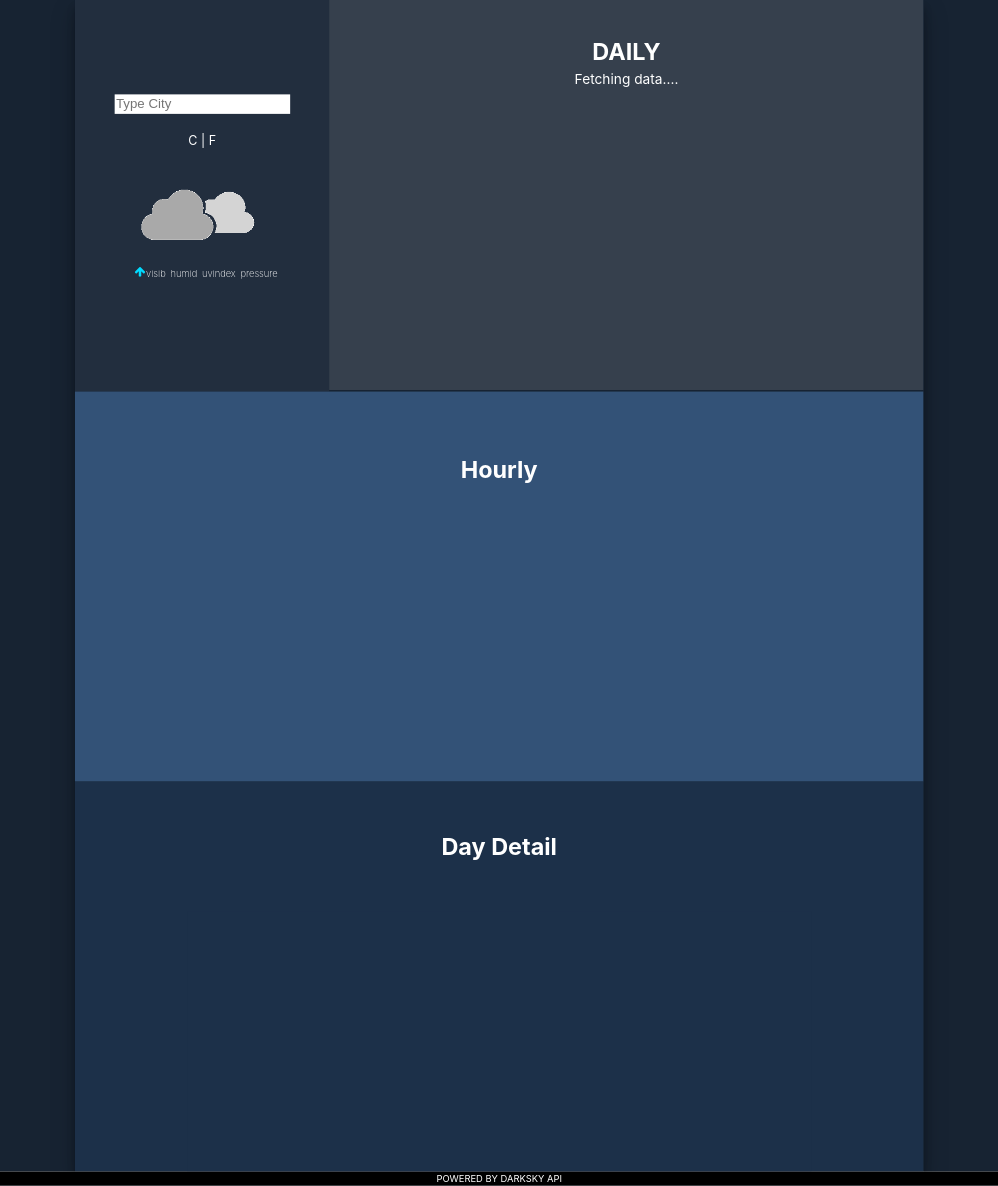
Repository: DOODpls/assignment3_weather
Page: index.html
These files come from the project's save history. The page is drawn as it stood at one moment and after the next save; the edit follows.
The browser window is 1280 px wide. The pictures show the whole page, at 78% of full size.
Some web fonts or font styles are not loaded; a fallback is used. Some web libraries are served in a nearby version.

Above is the page before, as saved 2020-01-07 19:00:12.

After the next save:
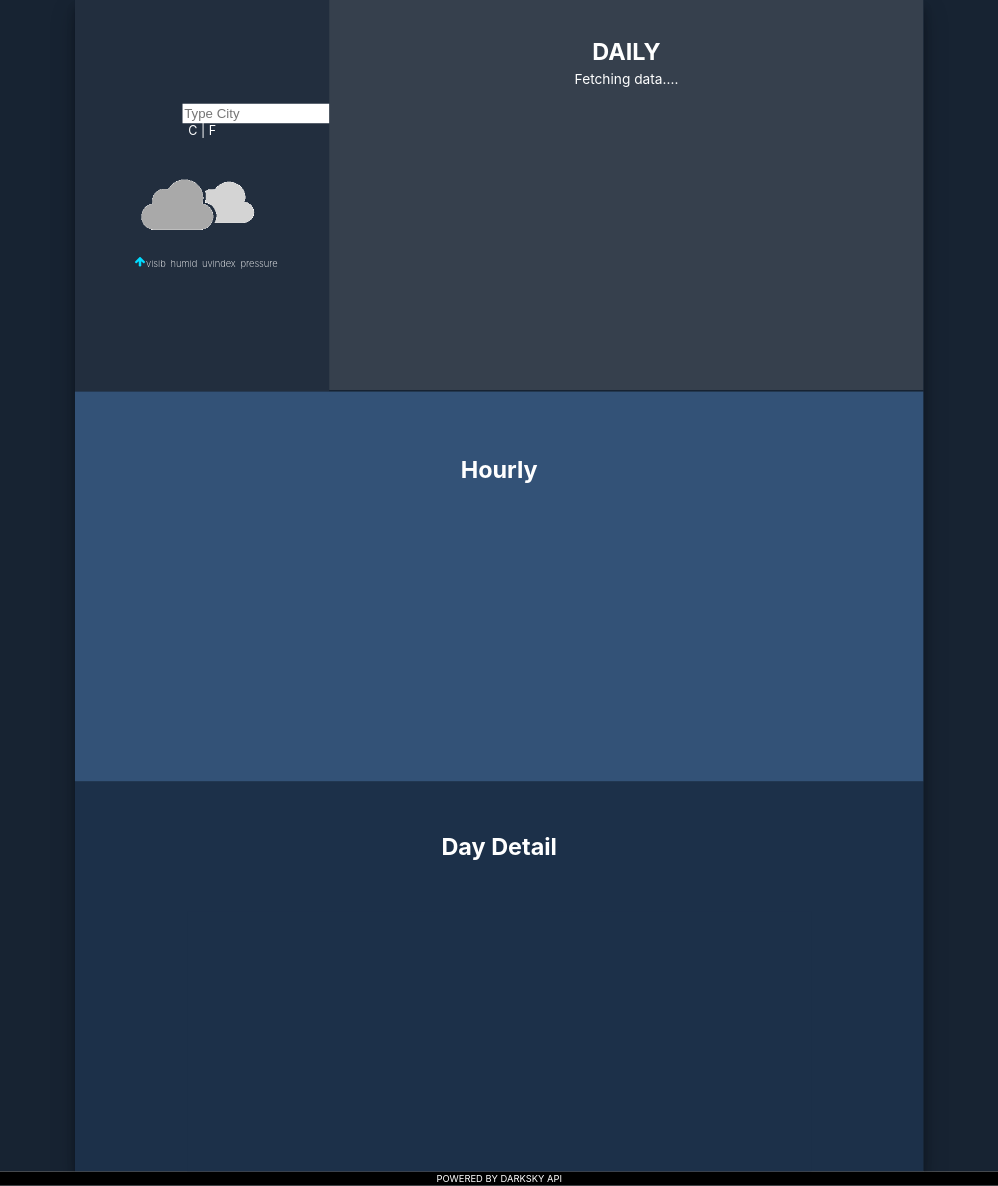
Saved 20 min 11 s later.
--- a/styles.css
+++ b/styles.css
@@ -143,7 +143,8 @@
   color: #555;
   border: none;
   box-sizing: border-box;
-  position: relative;
+  position: absolute;
+  right: -100px;
   top: -22px;
 }
 .sub-info{
